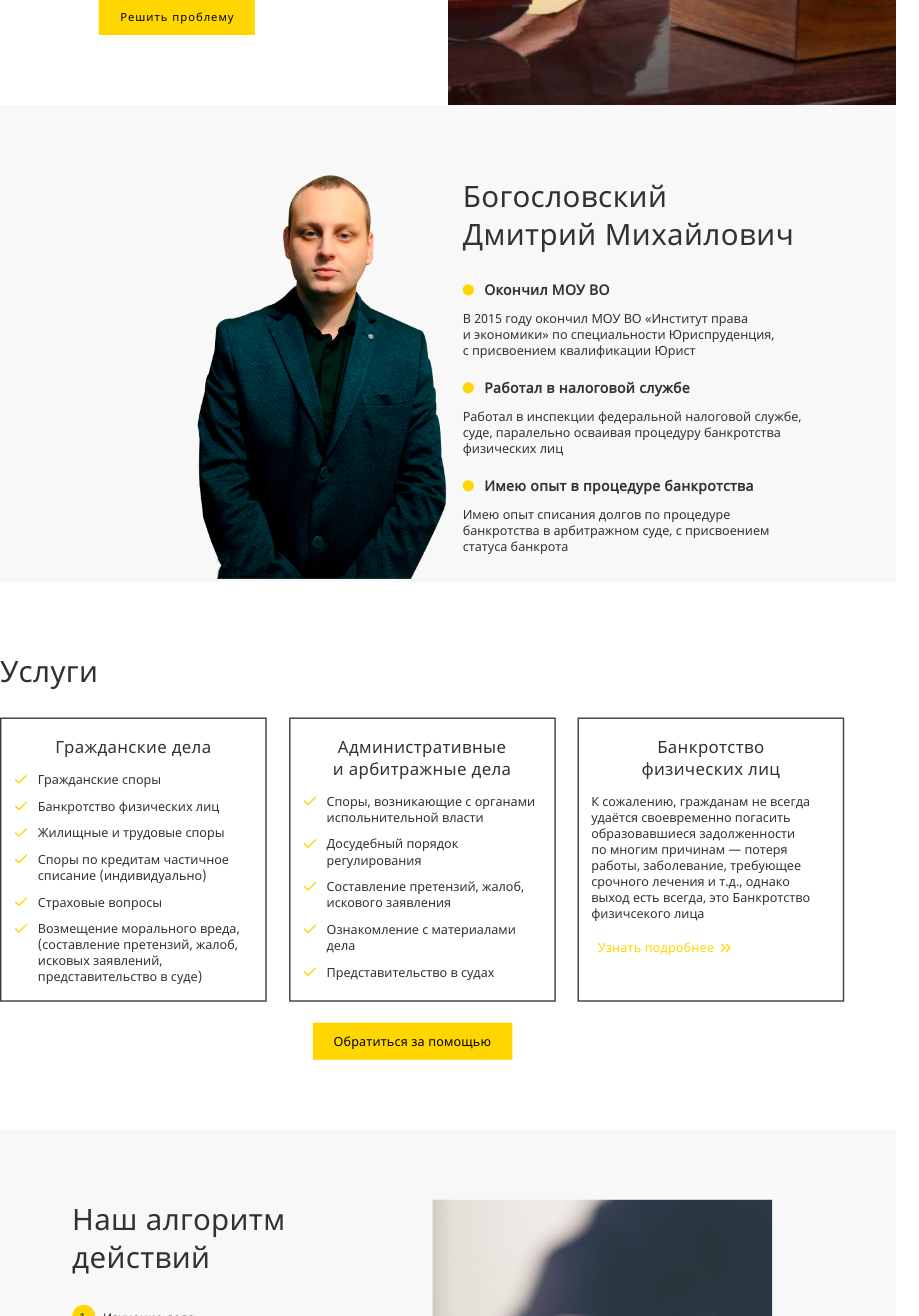
Repository: Nisovaki/antei
Page: http://localhost/
The author's editor kept a copy of each file at every save. The page is drawn from the files as they stood at one save, then again after a run of saves.
The browser window is 1280 px wide. The page is 1313 px wide, so the pictures cover 1313 px, including what lies to the right of the window. The pictures show the part of the page from y = 630 to 2510 px (the page is 5975 px tall before and 6036 px after), at 70% of full size.
The page is run by PHP 8.4 with error messages shown; the project is at /var/www/html/. Style sheets and scripts are compiled from the project's sources, by tool versions that may differ from the author's.

Above is the page before, as saved 2022-03-19 11:45:32.

### index.html
<!DOCTYPE html>
<html lang="ru">
<head>
	<meta charset="UTF-8">
	<meta http-equiv="X-UA-Compatible" content="IE=edge">
	<meta name="viewport" content="width=1440"/>
	<link rel="stylesheet" href="css/style.css">
	<link rel="preconnect" href="https://fonts.googleapis.com">
	<link rel="preconnect" href="https://fonts.gstatic.com" crossorigin>
	<link href="https://fonts.googleapis.com/css2?family=Roboto&display=swap" rel="stylesheet">
	<title>Услуги юриста</title>
</head>
<body>
	<navbar class="navbar">
		<div class="container">
			<div class="navbar-block">
				<ul class="navbar-list">
					<li class="navbar-item"><a href="#" class="navbar-link">Услуги</a></li>
					<li class="navbar-item"><a href="#" class="navbar-link">Банкротство граждан</a></li>
					<li class="navbar-item"><a href="#" class="navbar-link">Схема работы</a></li>
					<li class="navbar-item"><a href="#" class="navbar-link">Обратная связь</a></li>
				</ul>
				<div class="navbar-tel"><a href="tel:+79042812294" class="navbar-link">+7 (904) 281 22 94</a></div>
				<div class="navbar-address">г. Липецк, пр. Победы, д. 89</div>
			</div>
   </div>
	</navbar>

	<header class="header">
		<div class="container">
			<div class="header-block">
				<h1 class="header-block__title">Услуги юриста</h1>
				<div class="header-block__text">
					Ведение дел осуществляется как по г. Липецку, так и по его Области, возможно дистанционное составление документов
					в других городах
				</div>

				<ul class="header-block__list">
					<li class="icons header-block__item"><span class="icons__check"> Бесплатная консультация</span></li>
					<li class="icons header-block__item"><span class="icons__check"> Для клиентов пенсионного возраста скидки</span></li>
					<li class="icons header-block__item"><span class="icons__check"> Банкротство граждан, скидки для людей со&nbsp;льготами</span></li>
					<li class="icons header-block__item"><span class="icons__check"> В некоторых случаях возможно списать задолжность без подачи заявления на&nbsp;банкротство гарждан</span></li>
				</ul>

				<button class="button header__button">Решить проблему</button>
			</div>
		</div>
	</header>

	<section class="biography">
		<div class="container">
			<div class="author">
				<div class="author-img">
					<img src="img/biography/author.png" alt="Фотография: Богословский Дмитрий Михайлович" class="biography-author">
				</div>
				<div class="author-block">
					<h2 class="title biography-title">Богословский Дмитрий Михайлович</h2>
					<div class="biography-block">
						<div class="biography-subtitle"><span class="biography-subtitle__elipse"></span> Окончил МОУ ВО</div>
						<div class="biography-text">В 2015 году окончил МОУ ВО «Институт правa<br>и экономики» по специальности Юриспруденция,<br> с
							присвоением квалификации Юрист</div>
						<div class="biography-subtitle"><span class="biography-subtitle__elipse"></span> Работал в налоговой службе</div>
						<div class="biography-text">Работал в инспекции федеральной налоговой службе, суде, паралельно осваивая процедуру
							банкротства физических лиц</div>
						<div class="biography-subtitle"><span class="biography-subtitle__elipse"></span> Имею опыт в процедуре банкротства
						</div>
						<div class="biography-text">Имею опыт списания долгов по процедуре банкротства в арбитражном суде, с присвоением
							статуса банкрота</div>
					</div>
				</div>
			</div>
		</div>
	</section>
	<section class="services">
		<div class="container">
			<h2 class="title services__title">Услуги</h2>
			<div class="services-block">
				<div class="services-block__item">
					<h3 class="services-block__title">Гражданские дела</h3>
					<ul class="services-block__list">
						<li class="icons services-block__cell">Гражданские споры</li>
						<li class="icons services-block__cell">Банкротство физических лиц</li>
						<li class="icons services-block__cell">Жилищные и трудовые споры</li>
						<li class="icons services-block__cell">Споры по кредитам частичное списание (индивидуально)</li>
						<li class="icons services-block__cell">Страховые вопросы</li>
						<li class="icons services-block__cell">Возмещение морального вреда, (составление претензий, жалоб, исковых заявлений, представительство в суде)</li>
					</ul>
				</div>

				<div class="services-block__item">
					<h3 class="services-block__title">Административные и&nbsp;арбитражные дела</h3>
					<ul class="services-block__list">
						<li class="icons services-block__cell">Споры, возникающие с органами испольнительной власти</li>
						<li class="icons services-block__cell">Досудебный порядок регулирования</li>
						<li class="icons services-block__cell">Составление претензий, жалоб, искового заявления</li>
						<li class="icons services-block__cell">Ознакомление с материалами дела</li>
						<li class="icons services-block__cell">Представительство в судах</li>
					</ul>
				</div>

				<div class="services-block__item">
					<h3 class="services-block__title">Банкротство физических лиц</h3>
					<p class="services-block__text">К сожалению, гражданам не всегда удаётся своевременно погасить образовавшиеся задолженности<br> по многим причинам — потеря<br>
					работы, заболевание, требующее срочного лечения и т.д., однако<br> выход есть всегда, это Банкротство физичсекого лица</p>
					<a href="#" class="services-block__link">Узнать подробнее
						<img src="img/services/arrow.svg" alt="стрелка" class="services-block__img-1">
						<img src="img/services/arrow.svg" alt="стрелка" class="services-block__img-2">
					</a>
				</div>
			</div>
			<div class="services__wrapper">
				<button class="button services__button"><a href="#" class="services__button-link">Обратиться за помощью</a></button>
			</div>
		</div>
	</section>

	<section class="algorithm">
		<div class="container">
			<div class="algorithm-block">
				<div class="algorithm-block__item-1">
					<h2 class="title algorithm-block__title">Наш алгоритм действий</h2>
					<ol class="algorithm-block__list">
						<li class="algorithm-block__cell algorithm-block__cell-color"><div class="algorithm-block__element"></div> Изучение дела</li>
						<li class="algorithm-block__cell"><div class="algorithm-block__element"></div> Выработка стратегии</li>
						<li class="algorithm-block__cell"><div class="algorithm-block__element"></div> Претензионная работа</li>
						<li class="algorithm-block__cell"><div class="algorithm-block__element"></div> Подготовка пиьменной позиции</li>
						<li class="algorithm-block__cell"><div class="algorithm-block__element"></div> Наложение обеспечительных мер</li>
						<li class="algorithm-block__cell"><div class="algorithm-block__element"></div> Сбор доказательств</li>
						<li class="algorithm-block__cell"><div class="algorithm-block__element"></div> Представление интересов клиента в суде</li>
						<li class="algorithm-block__cell"> В случае обжалования решения суда первой инстанции — подготовка апелляционной и&nbsp;кассационной жалобы</li>
					</ol>
				</div>
				<div class="algorithm-block__item-2"><img src="img/algorithm/algorithm-img.jpg" alt="img: algorithm-block__img" class="algorithm-block__img"></div>
			</div>
		</div>
	</section>

	<section class="smash">
		<div class="container">
			<h2 class="title smash__title">Банкротство граждан</h2>
			<p class="smash__text">Это прозрачный и законный способ списания долгов (кредитов, займов, микрозаймов, долговых расписок) для гражданина,
			который регулируется Федеральным законом «О несостоятельности (банкротстве)»<br> от 26.10.2002 N 127-ФЗ (последняя редакция)</p>

			<div class="smash-wrapper">
				<div class="smash-wrapper__item smash-wrapper__item--indent-1">
					<div class="smash-wrapper__num">1</div>
					<div class="smash-wrapper__title">Консультация</div>
					<div class="smash-wrapper__text">Квалифицированные специалисты с многолетним опытом, помогают клиенту соориентироваться необходима ли для него процедура
					банкротства, каковы плюсы и минусы, есть ли ограничения,<br>каков предполагаемый результат на стадии<br> анализа.
  					</div>
				</div>

				<div class="smash-arrow__right"><img src="img/smash/arrow_right.svg" alt="arrow_right"></div>

				<div class="smash-wrapper__item smash-wrapper__item--indent-2">
					<div class="smash-wrapper__num">2</div>
					<div class="smash-wrapper__title">Составление перечьня докуметов</div>
					<div class="smash-wrapper__text">Составление необходимого перечьня документов, при необходимости восстановления справок, договоров, для предоставления
					юристу, при составлении Заявление о признании должника несостоятельным (банкротом), с пошаговым объяснением клиенту, для
					чего тот или иной абзац.
					</div>
				</div>

				<div class="smash-arrow__bottom"><img src="img/smash/arrow_bottom .svg" alt="arrow_bottom"></div>

				<div class="smash-wrapper__item smash-wrapper__item--indent-3">
					<div class="smash-wrapper__num">3</div>
					<div class="smash-wrapper__title">Подача заявления</div>
					<div class="smash-wrapper__text">Подача заявления в Арбитражный суд и представительство его интересов в суде по<br> данному делу, процедура списания долгов,
					при которой можно вздохнуть спокойно и<br> наслаждаться жизнью.
					</div>
				</div>
			</div>
			<!-- /.smash-wrapper -->
		</div>
		<!-- /. container -->
	</section>

	<section class="scheme">
		<div class="container">
			<h2 class="title scheme__title">Схема работы</h2>
			<div class="scheme-wrapper">
				<div class="scheme-wrapper__item">
					<div class="scheme-wrapper--dotted-1"></div>
					<div class="scheme-wrapper__num scheme-wrapper__num--color">1</div>
					<p class="scheme-wrapper__text">Оставьте заявку <br>или позвоните по номеру телефона</p>
				</div>
				<!-- /.scheme-wrapper__item -->
				<div class="scheme-wrapper__item">
					<div class="scheme-wrapper--dotted-2"></div>
					<div class="scheme-wrapper__num scheme-wrapper__num-2">2</div>
					<p class="scheme-wrapper__text">Бесплатно изучаю <br>ваши документы</p>
				</div>
				<!-- /.scheme-wrapper__item -->
				<div class="scheme-wrapper__item">
					<div class="scheme-wrapper--dotted-3"></div>
					<div class="scheme-wrapper__num scheme-wrapper__num-3">3</div>
					<p class="scheme-wrapper__text">Оцениваю ситуацию<br> и называю стоимость услуг</p>
				</div>
				<!-- /.scheme-wrapper__item -->
				<div class="scheme-wrapper__item">
					<div class="scheme-wrapper__num scheme-wrapper__num-4">4</div>
					<p class="scheme-wrapper__text">Заключаем сотрудничество и решаем проблему</p>
				</div>
				<!-- /.scheme-wrapper__item -->
			</div>
			<!-- /.scheme-wrapper -->
			<button class="button scheme__button">Оставить заявку</button>
		</div>
		<!-- /.container -->
	</section>
	<!-- /.scheme -->
    <section class="feedback">
		<div class="container">
			<div class="feedback-block">
				<div class="feedback-block__title">Обратная связь</div>
				<form action="send.php" method="post" class="feedback-form">
					<div class="feedback-input">
						<input type="text" placeholder="Ваше имя" class="feedback__input" name="name">
						<input type="text" placeholder="Электронная почта" class="feedback__input" name="email">
					</div>
					<textarea name="message" placeholder="Ваше сообщение" class="feedback__message"></textarea>
					<div class="feedback__wrapper">
						<input type="file" name="file" type="file" name="file" id="input__file" multiple class="feedback__file">
						<label for="input__file" class="feedback__file-button">
							<span class="feedback__file-button-text">
								<img src="img/feedback/file.svg" alt="файл">
								Загрусить файл
							</span>
						</label>
					</div>
					<div class="feedback__agreemet">
						<input type="checkbox" class="feedback__checkbox">
						<span class="feedback__text">Даю согласие на обработку персональных данных</span>
					</div>
					<button class="feedback__button">Отправить</button>
				</form>
			</div>
		</div>
	</section>

	<footer class="footer">
		<div class="container">
			<div class="footer-contacts">
				<h2 class="title footer__title">Контакты</h2>
				<div class="footer-contacts__item">
					<h3 class="footer-contacts__subtitle footer-contacts__subtitle--ml-1"><img src="img/footer/phone.svg" alt="icon: тефон" class="footer-contacts__icon-1">Номер телефона</h3>
					<a href="tel:+79042812294" class="footer-contacts__phone--ml1">+7 (904) 281 22 94</a>
					<a href="tel:+79042812293" class="footer-contacts__phone--ml2">+7 (904) 281 22 93</a>
					<div class="footer-contacts__block">
						<a href="" target="_blank"><img src="img/footer/viber.svg" alt="icon: viber" class="footer-contacts__icon"></a>
						<a href="" target="_blank"><img src="img/footer/watsapp.svg" alt="icon: watsapp" class="footer-contacts__icon"></a>
						<a href="" target="_blank"><img src="img/footer/telegram.svg" alt="icon: telegram" class="footer-contacts__icon"></a>
					</div>
					<p class="footer-contacts__subtitle footer-contacts__subtitle--ml-2"><img src="img/footer/email.svg" alt="icon: email" class="footer-contacts__icon-2"> Электронная почта</p>
					<a href="mailto:adp48ru@mail.ru" class="footer-contacts__email">adp48ru@mail.ru</a>
					<h3 class="footer-contacts__subtitle footer-contacts__subtitle--ml-3 "><img src="img/footer/map.svg" alt="icon: адрес" class="footer-contacts__icon-3"> Адрес</h3>
					<p class="footer-contacts__text">г. Липецк, пр. Победы, д. 89, 2 этаж</p>
					<h3 class="footer-contacts__subtitle footer-contacts__subtitle--ml-4"><img src="img/footer/clock.svg" alt="icon: режим работы" class="footer-contacts__icon-4"> Часы работы</h3>
					<p class="footer-contacts__text">Будни с 09:00 до17:00, выходные с 09:00 до 13:00 по записи</p>
				</div>

			</div>
			<!-- /.footer-contacts -->
			<div class="footer-map">

			</div>
			<!-- /.footer-map -->
		</div>
			<div class="footer-law">
				<div class="container">
					<p class="footer-law__text">© Все права защищены</p>
				</div>
			</div>

		<!-- /.container -->
	</footer>
	<!-- /.footer -->
</body>
</html>

### sass/style.sass
@import "_normalize.scss"
@import "_variables.sass"
@import "_settings.sass"
@import "_fonts.scss"
@import "block/_navbar.sass"
@import "block/_header.sass"
@import "block/_biography.sass"
@import "block/_services.sass"
@import "block/_algorithm.sass"
@import "block/_smash.sass"
@import "block/_feedback.sass"
@import "block/_footer.sass"
@import "block/_scheme.sass"

### sass/_variables.sass
$dark: #3C3C3C
$light: #FFFFFF
$txt-color: #323232
$btn-color: #FFD600
$fon-color: #F8F8F8
$dashed-color: #BABABA

### sass/_settings.sass
*
	box-sizing: border-box
body
	font-family: "Noto Sans", sans-serif
	font-weight: 400
	color: $txt-color
img
	max-width: 100%
.container
	max-width: 1320px
	margin: auto
.icons
	list-style-image: url(../img/header/Vector.svg)
	&__check
		position: relative
		left: 10px
.button
	padding: 15px 30px
	background-color: $btn-color
	border: none
	cursor: pointer
.title
	font-weight: 500
	font-size: 42px
	line-height: 130%
@media (max-width: 1200px)
	br
		display: none

### sass/_fonts.scss
@font-face {
  font-family: "Noto Sans bold";
  src: url("../fonts/NotoSans-Bold.woff2") format("woff2"),
    url("../fonts/NotoSans-Bold.woff") format("woff");
  font-weight: bold;
  font-style: normal;
  font-display: swap;
}

@font-face {
  font-family: "Noto Sans";
  src: url("../fonts/NotoSans.woff2") format("woff2"),
    url("../fonts/NotoSans.woff") format("woff");
  font-weight: normal;
  font-style: normal;
  font-display: swap;
}

### sass/block/_navbar.sass
.navbar
	display: block
	font-family: 'Roboto', sans-serif
	background-color: $dark
	color: $light
	padding: 37px 0 35px 0
	font-size: 18px
	line-height: 130%
	&-block
		display: flex
		justify-content: space-between
	&-list
		display: flex
		justify-content: space-between
		align-items: center
		margin: 0
		padding: 0
		flex-basis: 46.7%
	&-item
		list-style: none
	&-link
		color: inherit
		text-decoration: none
	&-address
		margin-right: -2.6%
		letter-spacing: 0.4px

### sass/block/_header.sass
.header
	padding: 100px 0
	background: url(../img/header/fon-img.jpg)
	background-repeat: no-repeat
	background-size: contain
	background-position: center right
	position: relative
	&::before
		content: ''
		width: 50%
		height: 100%
		position: absolute
		top: 0
		left: 0
		background-color: #ffffff
	&-block
		width: 39%
		position: relative
		margin-right: 50px
		margin-left: 11%
		&__list
			margin: 0
			padding: 0
			padding-left: 28px
		&__text
			width: 430px
			font-size: 18px
			line-height: 129%
			margin-bottom: 30px
		&__item
			margin-bottom: 15px
			width: 405px
			font-size: 18px
			line-height: 128%
		&__title
			font-weight: 600
			font-size: 52px
			line-height: 130%
			margin: 0
			margin-bottom: 30px
			letter-spacing: 1.5px
	&__button
		margin-top: 15px
		padding: 16px 29px 17px 31px
		letter-spacing: 1.4px

### sass/block/_biography.sass
.biography
	padding-top: 100px
	background-color: $fon-color
	&-title
		letter-spacing: 0.6px
		width: 475px
		margin: 0
		margin-bottom: 40px
		margin-top: 2px
	&-subtitle
		font-weight: 600
		font-size: 20px
		line-height: 130%
		margin-bottom: 15px
		letter-spacing: 0.5px
		&__elipse
			display: inline-block
			width: 16px
			height: 16px
			background-color: $btn-color
			border-radius: 50%
			margin-right: 9px
	&-text
		font-size: 18px
		line-height: 128%
		width: 487px
		margin-bottom: 30px
.author
	display: flex
	justify-content: flex-end
	&-img
		flex-basis: 45%
		margin-left: 263px
	&-block
		flex-basis: 70%

### sass/block/_algorithm.sass
.algorithm
    padding: 100px 0 70px 0
    background-color: $fon-color
    &-block
        display: flex
        position: relative
        &__item-1
            width: 515px
            margin-left: 103px
        &__title
            width: 382px
            display: inline-block
            margin: 0
            margin-bottom: 40px
            letter-spacing: 0.5px
        &__cell-color
            &::before
                background-color: $btn-color
        &__element
            position: absolute
            top: 33px
            left: 17px
            width: 0px
            height: 34px
            border: 1px dashed $dashed-color
        &__img
            max-width: inherit
ol
    list-style: none
    width: 445px
    font-size: 17px
    font-weight: 400
    padding: 0
    margin: 0
    li
        counter-increment: num
        margin: 0
        padding: 7px 0 35px 44px
        position: relative
        line-height: 125%
        letter-spacing: 0.5px
        &::marker
            display: none
        &::before
            content: counter(num)
            display: inline-block
            position: absolute
            top: 0
            left: 0
            background: #fff
            color: $dark
            text-align: center
            font-size: 18px
            padding: 6px 12px 6px 9px
            border: 1px solid $btn-color
            border-radius: 50%

### sass/block/_smash.sass
.smash
    position: relative
    padding-top: 340px
    padding-bottom: 325px
    &__title
        margin: 0
        margin-bottom: 40px
        width: 382px
        letter-spacing: 0.5px
    &__text
        width: 485px
        font-style: normal
        font-weight: 400
        font-size: 18px
        line-height: 128%
    &-wrapper
        &__item
            position: relative
            width: 485px
            border: 2px solid $dark
            padding: 22px 13px 22px 19px
            &--indent-1
                position: absolute
                top: 98px
                right: 420px
            &--indent-2
                position: absolute
                right: 213px
                top: 367px
            &--indent-3
                position: absolute
                top: 636px
                right: 420px
        &__num
            position: absolute
            top: -20px
            left: -19px
            background-color: $btn-color
            border-radius: 50%
            padding: 5px 12px 5px 12px
            font-size: 18px
            line-height: 130%
            font-family: "Noto Sans"
        &__title
            font-weight: bold
            font-size: 20px
            line-height: 130%
            margin-bottom: 20px
            letter-spacing: -0.5px
        &__text
            width: 450px
            font-size: 17px
            line-height: 137%
            font-weight: 400
            letter-spacing: 0.2px
    &-arrow
        &__right
            position: absolute
            top: 113px
            right: 699px
        &__bottom
            position: absolute
            top: 521px
            right: 697px
            z-index: 1

### sass/block/_footer.sass
.footer
	&__title
		font-style: normal
		font-weight: 500
		font-size: 42px
		line-height: 130%
		margin-top: 0
		margin-bottom: 43px
	&__item
		display: flex
	&-contacts
		&__block
			margin-left: 43px
			margin-top: 10px
		&__subtitle
			display: flex
			justify-content: space-between
			align-items: center
			font-style: normal
			font-weight: 400
			font-size: 18px
			line-height: 130%
			margin-bottom: 14px
			&--ml-1
				width: 14.5%
			&--ml-2
				display: flex
				justify-content: space-between
				align-items: center
				width: 16.3%
			&--ml-3
				width: 7.3%
			&--ml-4
				width: 12%
		&__phone
			font-style: normal
			font-weight: 500
			font-size: 18px
			line-height: 130%
			color: inherit
			text-decoration: none
			margin-bottom: 10px
			&--ml1
				text-decoration: none
				margin-left: 43px
				color: inherit
			&--ml2
				margin-left: 10px
				color: inherit
				text-decoration: none
		&__text
			font-style: normal
			font-weight: 400
			font-size: 18px
			line-height: 130%
			color: inherit
			margin-left: 43px
			margin-top: 0
			margin-bottom: 14px
		&__email
			color: inherit
			text-decoration: none
			margin-bottom: 30px
			margin-left: 43px
		&__icon
			margin-right: 15px
			margin-bottom: 30px
			width: 40px
			height: 40px
		&-map
			margin-bottom: 100px
	&-law
		width: 100%
		height: 83px
		background-color: $dark
		&__text
			text-align: center
			padding-top: 30px
			font-style: normal
			font-weight: 400
			font-size: 18px
			line-height: 130%
			color: $light

Loaded but not shown: sass/_normalize.scss (common file); img/smash/arrow_right.svg (3 lines, source omitted); img/smash/arrow_bottom .svg (3 lines, source omitted); img/footer/viber.svg (4 lines, source omitted); img/footer/email.svg (11 lines, source omitted); img/footer/clock.svg (4 lines, source omitted); img/footer/map.svg (4 lines, source omitted); img/footer/phone.svg (3 lines, source omitted); img/footer/watsapp.svg (4 lines, source omitted); img/footer/telegram.svg (45 lines, source omitted); img/feedback/file.svg (3 lines, source omitted); img/header/Vector.svg (3 lines, source omitted); img/services/arrow.svg (3 lines, source omitted); sass/block/_feedback.sass (102 lines, source omitted); sass/block/_scheme.sass (69 lines, source omitted); sass/block/_services.sass (66 lines, source omitted)

After the next 2 saves:
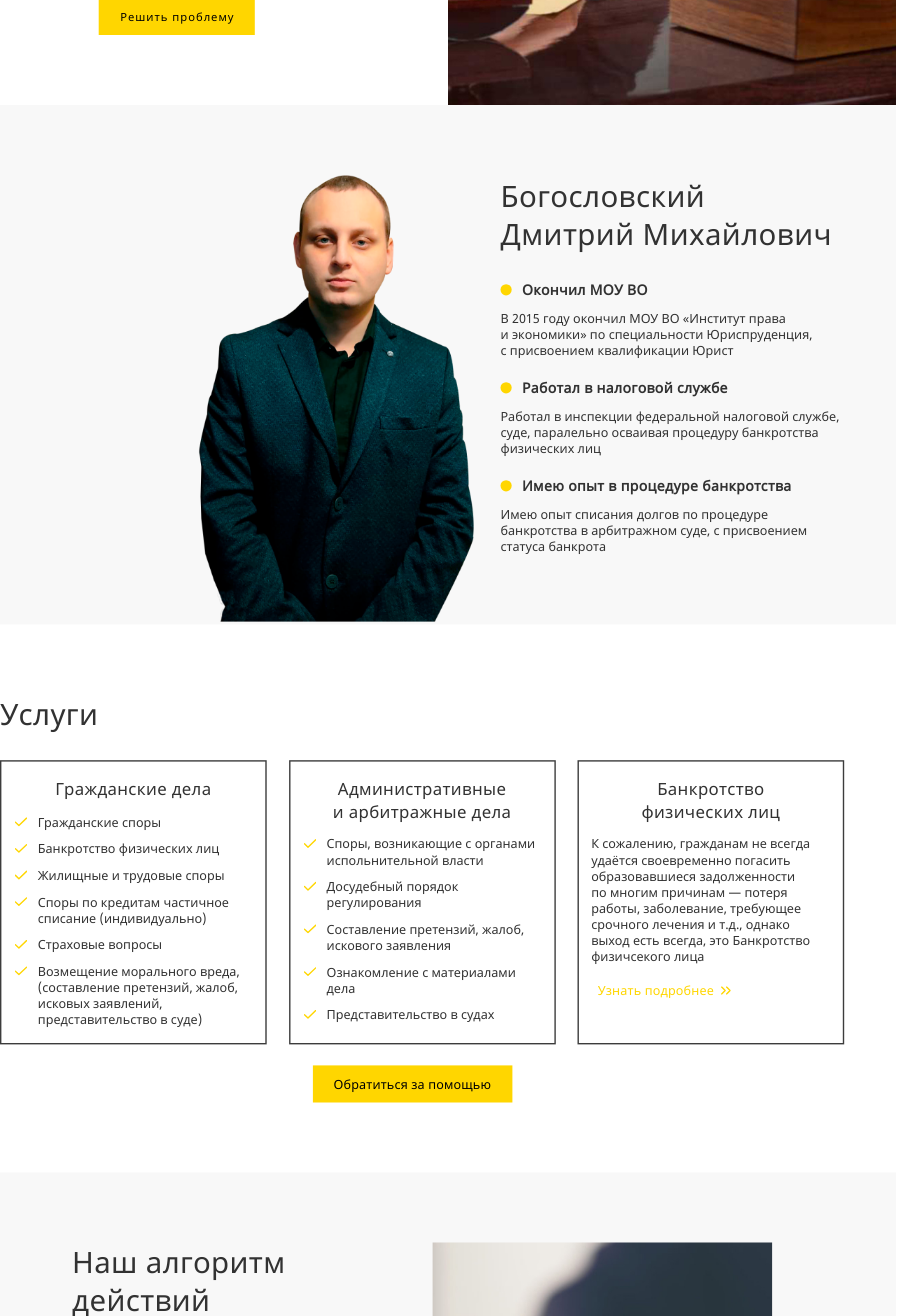
The 2 saves are shown as one change because they came seconds apart.
The last was saved 31 s later.
--- a/sass/block/_biography.sass
+++ b/sass/block/_biography.sass
@@ -29,7 +29,7 @@
 	display: flex
 	justify-content: flex-end
 	&-img
-		flex-basis: 45%
+		flex-basis: 56%
 		margin-left: 263px
 	&-block
 		flex-basis: 70%
